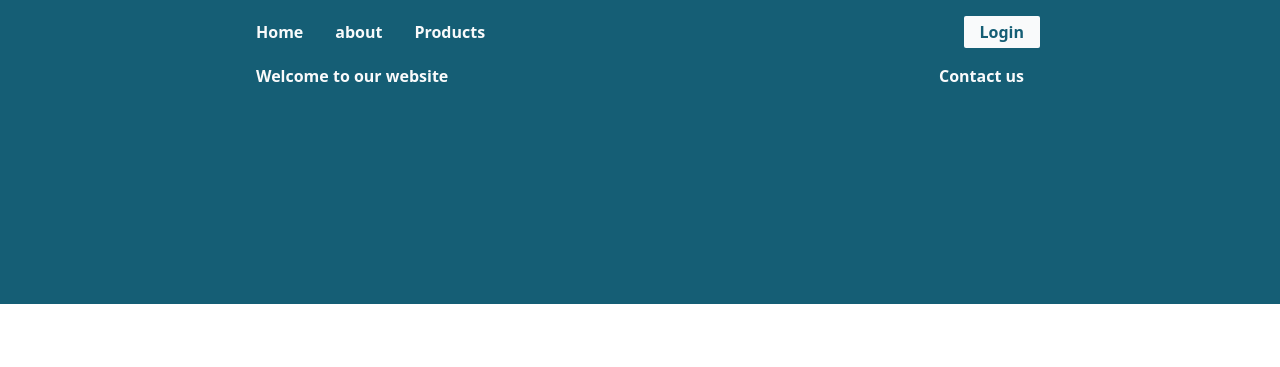
Repository: Sanaa00/svelte-test
Page: /Product
The author's editor kept a copy of each file at every save. The page is drawn from the files as they stood at one save, then again after the next save.
The browser window is 1280 px wide. The pictures show the whole page.
The page's requests for data from a server got no answer. The project was rebuilt for these pictures with package versions that can differ from the ones it lists, and the page was loaded fresh each time. The framework's server and built-in components were replaced by stand-ins that run in the browser. No one was signed in, and anything a server would have sent is missing. Also part of the build but not shown: svelte.config.js, vite.config.js.

Above is the page before, as saved 2024-12-08 20:37:15.

### src/routes/+layout.svelte
<script>
	import '../app.css';
	// let { children } = $props();

	import Footer from '../component/Footer.svelte';
	import Navbar from '../component/Navbar.svelte';
</script>

<!-- {@render children()} -->

<div class="h-fit w-full">
	<Navbar />
	<slot />
	<Footer />
</div>

### src/routes/Product/+page.svelte
<script>
	import { onMount } from 'svelte';
	import { dataStore, fetchDate } from '../../Store/store';
	console.log(dataStore, 'dattttttttt');
	onMount(() => {
		fetchDate();
	});
</script>

<div>
	{console.log(dataStore, fetchDate)}
</div>

### src/component/Footer.svelte
<script>
</script>

<main class="flex h-60 justify-between bg-cyan-800 px-60">
	<div class="px-4 font-semibold text-gray-50">Welcome to our website</div>

	<div class="px-4 font-semibold text-gray-50">Contact us</div>
</main>

### src/component/Navbar.svelte
<script>
</script>

<nav class="flex h-16 w-full items-center justify-between bg-cyan-800 px-60">
	<ul class="flex">
		<a href="/" class="px-4 font-semibold text-gray-50">Home</a>
		<a href="/About" class="px-4 font-semibold text-gray-50">about</a>
		<a href="/Product" class="px-4 font-semibold text-gray-50">Products</a>
	</ul>
	<button
		class="rounded-sm bg-gray-50 px-4 py-1 font-semibold text-cyan-800
           ">Login</button
	>
</nav>

### src/Store/store.js
import { writable } from 'svelte/store';

export const dataStore = writable([]);

export const fetchDate = async () => {
	try {
		const response = await fetch('https://fakestoreapi.com/products');

		if (!response.ok) throw new Error('failed to fetch');

		const data = await response.json();

		dataStore.set(data);
		console.log(data);
	} catch (err) {
		console.error('Error fetching data:', err);
	}
};

### tailwind.config.js
import containerQueries from '@tailwindcss/container-queries';
import forms from '@tailwindcss/forms';
import typography from '@tailwindcss/typography';

/** @type {import('tailwindcss').Config} */
export default {
	content: ['./src/**/*.{html,js,svelte,ts}'],

	theme: {
		extend: {}
	},

	plugins: [typography, forms, containerQueries]
};

Loaded but not shown: src/app.html (common file); src/app.css (common file)

After the next save:
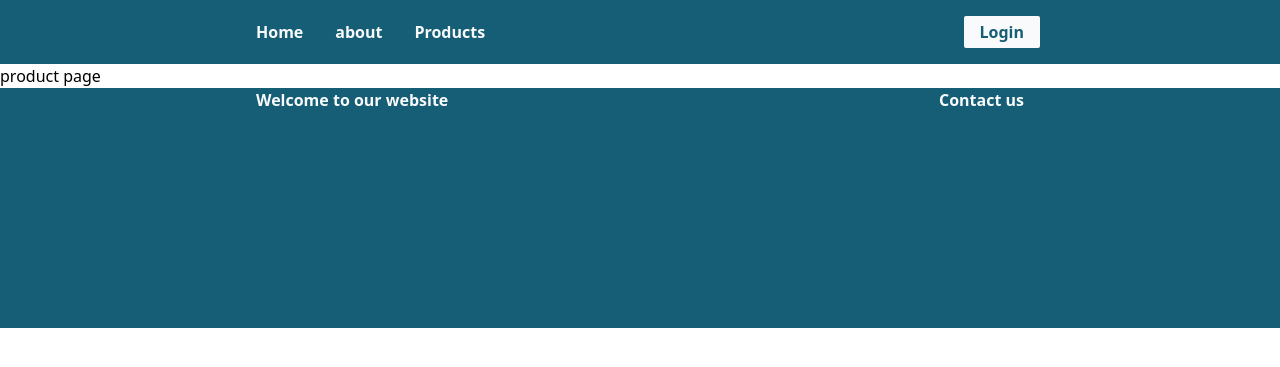
Saved 42 s later.
--- a/src/routes/Product/+page.svelte
+++ b/src/routes/Product/+page.svelte
@@ -9,4 +9,5 @@
 
 <div>
 	{console.log(dataStore, fetchDate)}
+	product page
 </div>

After the 5 saves that followed:
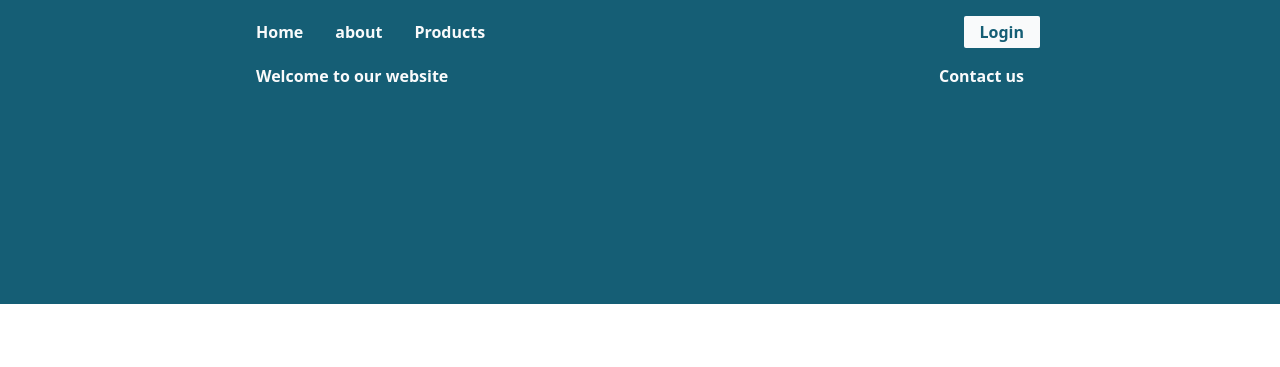
The 5 saves are shown as one change because 2 did not build or start and 2 left the picture as it was.
The last was saved 6 min 22 s later.
--- a/src/routes/Product/+page.svelte
+++ b/src/routes/Product/+page.svelte
@@ -1,13 +1,16 @@
 <script>
 	import { onMount } from 'svelte';
 	import { dataStore, fetchDate } from '../../Store/store';
-	console.log(dataStore, 'dattttttttt');
+	console.log(dataStore);
 	onMount(() => {
 		fetchDate();
 	});
 </script>
 
 <div>
-	{console.log(dataStore, fetchDate)}
-	product page
+	<div>
+		{#each dataStore as item}
+			<div>here</div>
+		{/each}
+	</div>
 </div>
